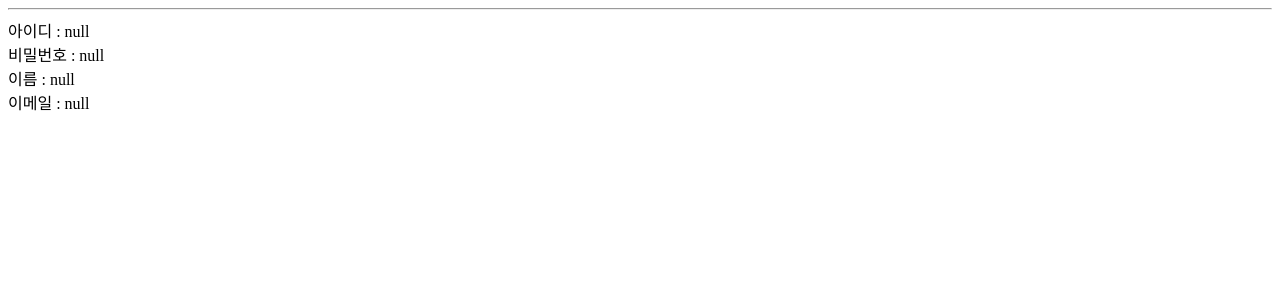
Repository: leehojun95/HJ-Developer
Page: http://localhost/webShop/sec14/test01/member1.jsp
The author's editor kept a copy of each file at every save. The page is drawn from the files as they stood at one save, then again after a run of saves.
The browser window is 1280 px wide. The pictures show the whole page.
The page is served by Tomcat 9. Other server files are loaded and not shown.

Above is the page before, as saved 2024-04-25 00:36:30.

### webShop/src/main/webapp/sec14/test01/member1.jsp
<%@ page language="java" contentType="text/html; charset=UTF-8"
    pageEncoding="UTF-8"%>
    <%
    	request.setCharacterEncoding("utf-8");
    // 클라이언트로 전송되어 온 데이터 확인방법
    	String id = request.getParameter("id");
    	String pwd = request.getParameter("pwd");
    	String name = request.getParameter("name");
    	String email = request.getParameter("email");
    %>
<!DOCTYPE html>
<html>
<head>
<meta charset="UTF-8">
<title>Insert title here</title>
</head>
<body>
	<hr>
    	아이디 : <%=id %><br>
    	비밀번호 : <%=pwd %><br>
    	이름 : <%=name %><br>
    	이메일 : <%=email %><br>
</body>
</html>

After the next 2 saves:
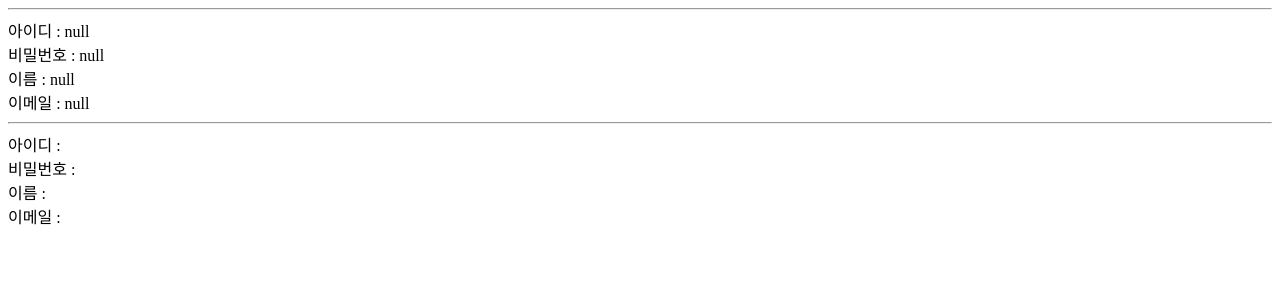
The 2 saves are shown as one change because 1 did not build or start.
The last was saved 2 min 26 s later.
--- a/webShop/src/main/webapp/sec14/test01/member1.jsp
+++ b/webShop/src/main/webapp/sec14/test01/member1.jsp
@@ -20,5 +20,10 @@
     	비밀번호 : <%=pwd %><br>
     	이름 : <%=name %><br>
     	이메일 : <%=email %><br>
+    	<hr>
+    	아이디 : ${param.id}<br>
+    	비밀번호 : ${param.pwd }<br>
+    	이름 : ${param.name }<br>
+    	이메일 : ${param.email }<br>
 </body>
 </html>
